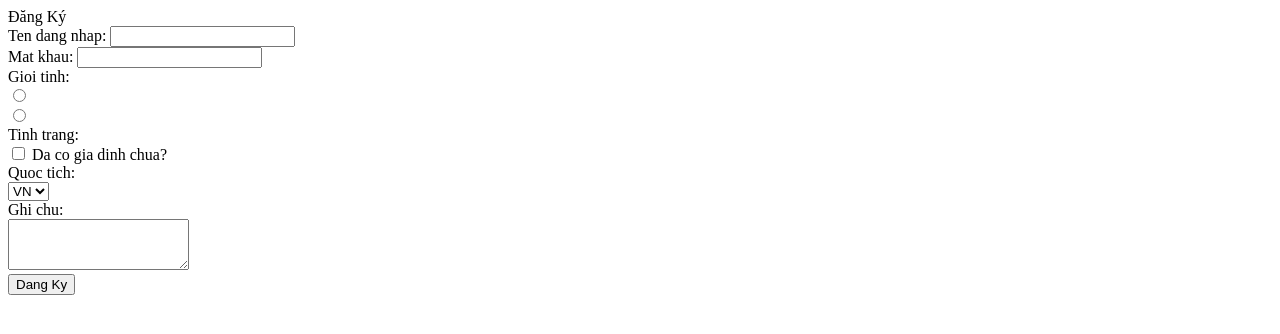
Repository: saiyagodvp/_java4
Page: http://localhost/Lab2/bai2
An editor plug-in stored every save of this project. The page is shown before and after the next save, followed by the edit.
The browser window is 1280 px wide. The pictures show the whole page.
The page is served by Tomcat 9. Other server files are loaded and not shown.

Above is the page before, as saved 2023-03-22 07:35:31.

### Lab2/src/main/webapp/views/bai2.jsp
<%@ page language="java" contentType="text/html; charset=UTF-8"
	pageEncoding="UTF-8"%>
<!DOCTYPE html>
<html>
<head>
<meta charset="UTF-8">
<title>Insert title here</title>
</head>
<body>
	<header> Đăng Ký </header>
	<form action="/bai2" method="post">
		<div>
			<label for="username">Ten dang nhap: </label> <input id="username"
				type="text" name="username" />
		</div>
		<div>
			<label for="password">Mat khau: </label> <input id="password"
				type="text" name="password" />
		</div>
		<div>
			<label for="male">Gioi tinh: </label>
			<div>
				<input type="radio" id="male" id="male" name="gioiTinh" value="Nam" />
				<label for="male"></label>
			</div>
			<div>
				<input type="radio" id="female" id="female" name="gioiTinh"
					value="Nu" /> <label for="female"></label>
			</div>
		</div>
		<div>
			<label for="married">Tinh trang: </label>
			<div>
				<input type="checkbox" id="male" name="married"
					value="Da lap gia dinh" /> <label for="married">Da co gia
					dinh chua?</label>
			</div>
		</div>
		<div>
			<label for="country">Quoc tich: </label>
			<div>
				<select name="country" id="country">
					<option value="VN">VN</option>
					<option value="JP">JP</option>
					<option value="TH">KR</option>
					<option value="TH">TH</option>
				</select>
			</div>
		</div>
		<div>
			<label for="ghiChu">Ghi chu: </label>
			<div>
				<textarea rows="3"  name="ghiChu" id="ghiChu"></textarea>
			</div>
		</div>
		<button formaction="/Lab2/bai2">Dang Ky</button>
	</form>
</body>
</html>

### Lab2/src/main/java/controller/ServletBai2.java
package controller;

import java.io.IOException;
import javax.servlet.ServletException;
import javax.servlet.annotation.WebServlet;
import javax.servlet.http.HttpServlet;
import javax.servlet.http.HttpServletRequest;
import javax.servlet.http.HttpServletResponse;

/**
 * Servlet implementation class ServletBai2
 */
@WebServlet("/bai2")
public class ServletBai2 extends HttpServlet {
	private static final long serialVersionUID = 1L;

    /**
     * @see HttpServlet#HttpServlet()
     */
    public ServletBai2() {
        super();
        // TODO Auto-generated constructor stub
    }

	/**
	 * @see HttpServlet#doGet(HttpServletRequest request, HttpServletResponse response)
	 */
	protected void doGet(HttpServletRequest request, HttpServletResponse response) throws ServletException, IOException {
	request.getRequestDispatcher("/views/bai2.jsp").forward(request, response);
	}

	/**
	 * @see HttpServlet#doPost(HttpServletRequest request, HttpServletResponse response)
	 */
	protected void doPost(HttpServletRequest request, HttpServletResponse response) throws ServletException, IOException {
		// TODO Auto-generated method stub
		doGet(request, response);
	}

}

After the next save:
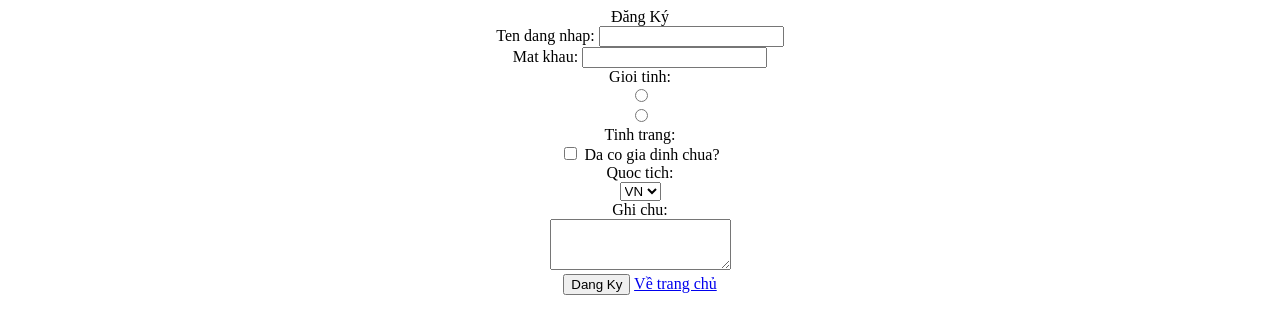
Saved 12 min 45 s later.
--- a/Lab2/src/main/webapp/views/bai2.jsp
+++ b/Lab2/src/main/webapp/views/bai2.jsp
@@ -6,7 +6,7 @@
 <meta charset="UTF-8">
 <title>Insert title here</title>
 </head>
-<body>
+<body align="center">
 	<header> Đăng Ký </header>
 	<form action="/bai2" method="post">
 		<div>
@@ -54,6 +54,7 @@
 			</div>
 		</div>
 		<button formaction="/Lab2/bai2">Dang Ky</button>
+		<a href="/Lab2">Về trang chủ</a>
 	</form>
 </body>
 </html>
